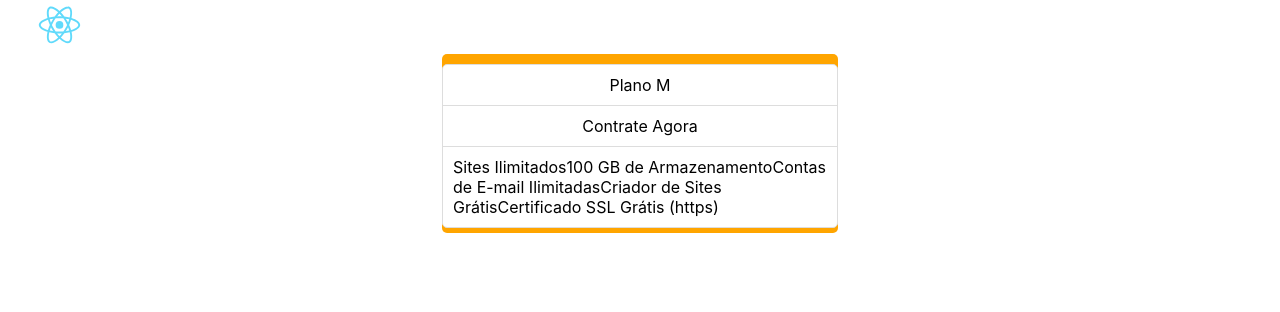
Repository: gatomazi/hostgatorFrontend
Page: /
The author's editor kept a copy of each file at every save. The page is drawn from the files as they stood at one save, then again after the next save.
The browser window is 1280 px wide. The pictures show the whole page.
The project was rebuilt for these pictures with package versions that can differ from the ones it lists, and the page was loaded fresh each time.

Above is the page before, as saved 2020-01-24 11:14:51.

After the next save:
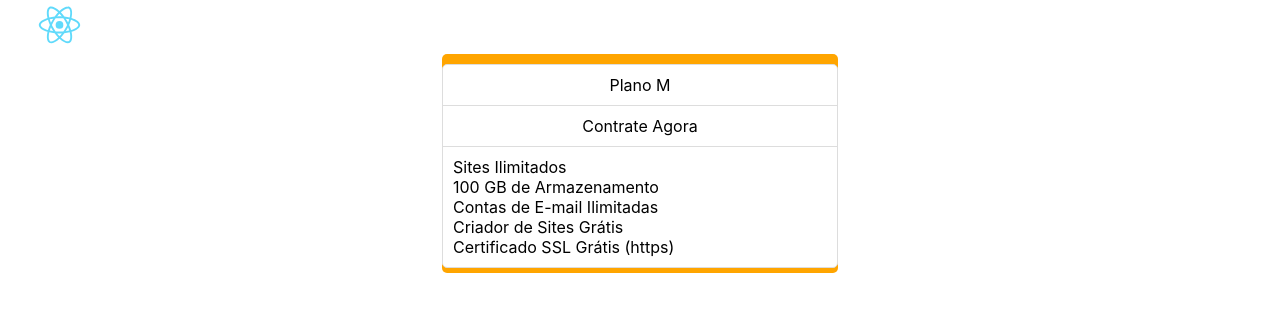
Saved 7 s later.
--- a/src/components/Plano.scss
+++ b/src/components/Plano.scss
@@ -14,6 +14,9 @@
   div {
     padding: 10px;
   }
+  span {
+    display: block;
+  }
 }
 
 .insideDivisor {
